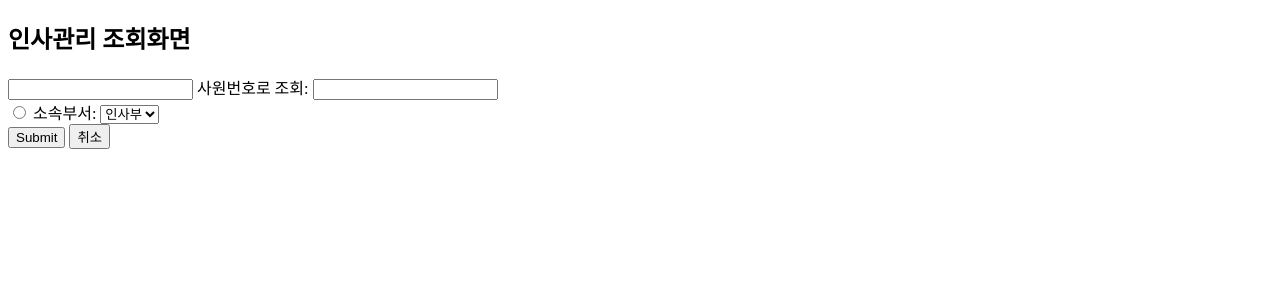
Repository: guguping/finalTestStudy
Page: test1/src/main/webapp/findMemberForm.html
These files come from the project's save history. The page is drawn as it stood at one moment and after the next save; the edit follows.
The browser window is 1280 px wide. The pictures show the whole page.

Above is the page before, as saved 2023-07-28 00:09:20.

After the next save:
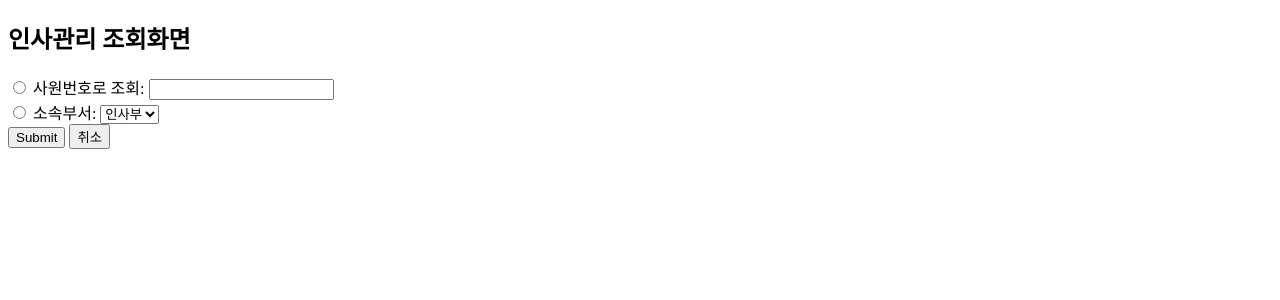
Saved 29 s later.
--- a/test1/src/main/webapp/findMemberForm.html
+++ b/test1/src/main/webapp/findMemberForm.html
@@ -7,7 +7,7 @@
 <body>
 	<h2>인사관리 조회화면</h2>
 	<form action="findMember.jsp" method="get">
-		<input type=" value="id" name="searchType">
+		<input type="radio" value="id" name="searchType">
 		사원번호로 조회: <input type="text" name="idValue"><br>
 		<input type="radio" name="saerchType">
 		소속부서:
